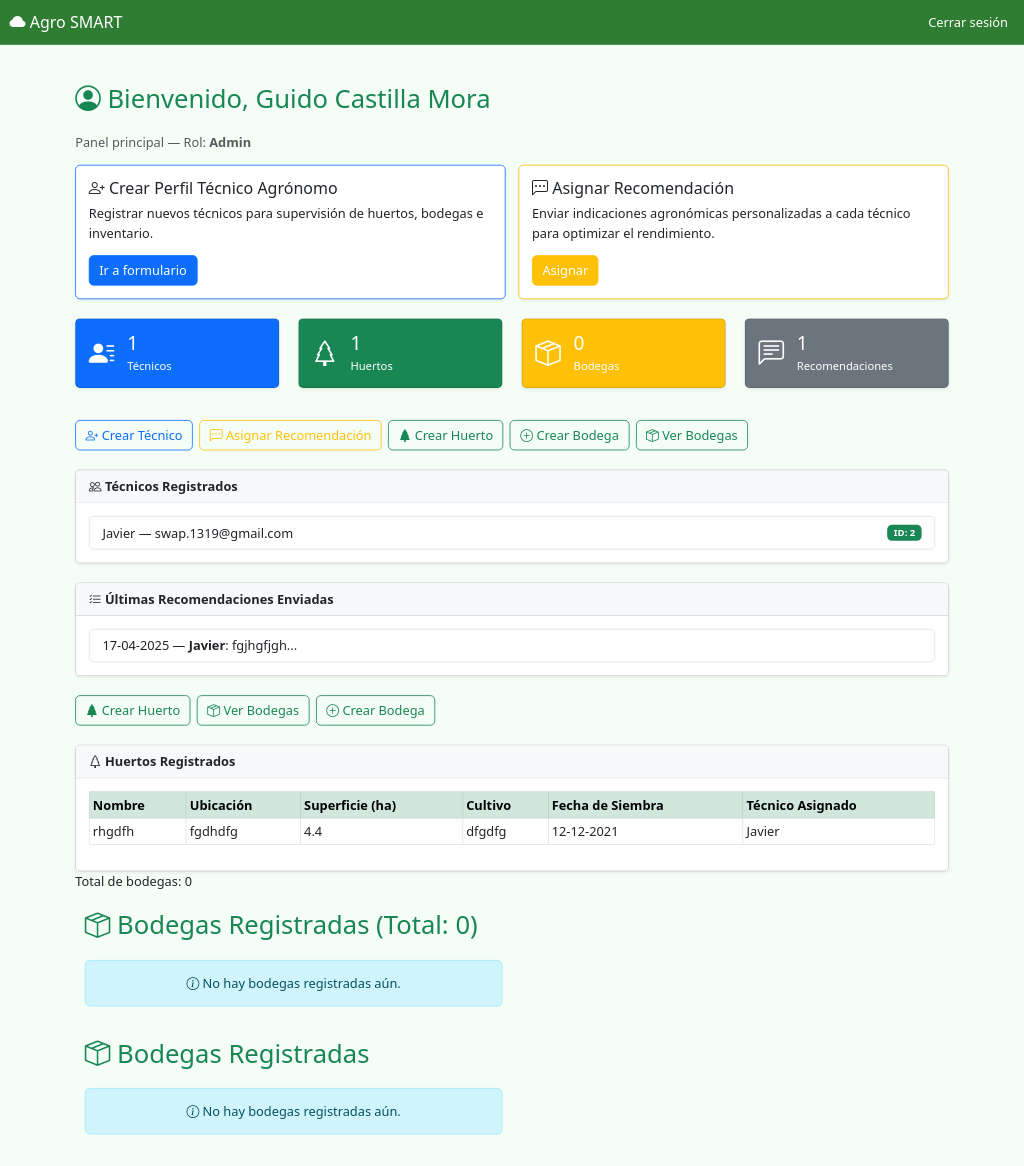
Repository: eikos4/Agrodeskv3
Page: http://localhost/dashboard
An editor plug-in stored every save of this project. The page is shown before and after the next save, followed by the edit.
The browser window is 1280 px wide. The pictures show the whole page, at 80% of full size.
The page is served by the project's application, run on Flask 3 (app/__init__.py). The user the application loads for id 1 is signed in. Other server files are loaded and not shown. The page reads the database file committed with the project.

Above is the page before, as saved 2025-04-14 11:37:32.

### app/templates/dashboard.html
{% extends "base.html" %}

{% block title %}Panel Principal{% endblock %}

{% block content %}
<div class="container py-4">

  <!-- Título del panel -->
  <h2 class="mb-4 text-success">
    <i class="bi bi-person-circle"></i> Bienvenido, {{ current_user.name }}
  </h2>
  <p class="text-muted">Panel principal — Rol: <strong>{{ current_user.role|capitalize }}</strong></p>

  {% if notificaciones %}
  <!-- Notificaciones -->
  <div class="alert alert-light border-start border-4 border-success shadow-sm mb-4">
    <h5><i class="bi bi-bell-fill text-success"></i> Notificaciones</h5>
    <ul class="mb-0 ps-3">
      {% for n in notificaciones %}
        <li><strong>{{ n.titulo }}</strong> — {{ n.mensaje }} <small class="text-muted">({{ n.fecha.strftime('%d-%m-%Y') }})</small></li>
      {% endfor %}
    </ul>
  </div>
  {% endif %}

  <!-- Panel para Administradores -->
  {% if current_user.role == 'admin' %}
    <div class="row g-3 mb-4">
      <div class="col-md-6">
        <div class="card border-primary shadow-sm h-100">
          <div class="card-body">
            <h5 class="card-title"><i class="bi bi-person-plus"></i> Crear Perfil Técnico Agrónomo</h5>
            <p class="card-text">Registrar nuevos técnicos para supervisión de huertos, bodegas e inventario.</p>
            <a href="{{ url_for('admin.crear_tecnico') }}" class="btn btn-primary">Ir a formulario</a>
          </div>
        </div>
      </div>
      <div class="col-md-6">
        <div class="card border-warning shadow-sm h-100">
          <div class="card-body">
            <h5 class="card-title"><i class="bi bi-chat-left-dots"></i> Asignar Recomendación</h5>
            <p class="card-text">Enviar indicaciones agronómicas personalizadas a cada técnico para optimizar el rendimiento.</p>
            <a href="{{ url_for('admin.recomendar') }}" class="btn btn-warning text-white">Asignar</a>
          </div>
        </div>
      </div>
    </div>

       <!-- Panel de Indicadores Administrativos -->
       <div class="row mb-4">
        <!-- Total de Técnicos -->
        <div class="col-md-3 mb-3">
          <div class="card text-white bg-primary shadow-sm">
            <div class="card-body">
              <div class="d-flex align-items-center">
                <i class="bi bi-person-lines-fill fs-2 me-3"></i>
                <div>
                  <h4 class="card-title mb-0">{{ tecnicos|length }}</h4>
                  <small>Técnicos</small>
                </div>
              </div>
            </div>
          </div>
        </div>
        <!-- Total de Huertos -->
        <div class="col-md-3 mb-3">
          <div class="card text-white bg-success shadow-sm">
            <div class="card-body">
              <div class="d-flex align-items-center">
                <i class="bi bi-tree fs-2 me-3"></i>
                <div>
                  <h4 class="card-title mb-0">{{ huertos|length }}</h4>
                  <small>Huertos</small>
                </div>
              </div>
            </div>
          </div>
        </div>
        <!-- Total de Bodegas -->
        <div class="col-md-3 mb-3">
          <div class="card text-white bg-warning shadow-sm">
            <div class="card-body">
              <div class="d-flex align-items-center">
                <i class="bi bi-box-seam fs-2 me-3"></i>
                <div>
                  <h4 class="card-title mb-0">{{ bodegas|length }}</h4>
                  <small>Bodegas</small>
                </div>
              </div>
            </div>
          </div>
        </div>
        <!-- Últimas Recomendaciones -->
        <div class="col-md-3 mb-3">
          <div class="card text-white bg-secondary shadow-sm">
            <div class="card-body">
              <div class="d-flex align-items-center">
                <i class="bi bi-chat-left-text fs-2 me-3"></i>
                <div>
                  <h4 class="card-title mb-0">{{ ultimas_recomendaciones|length }}</h4>
                  <small>Recomendaciones</small>
                </div>
              </div>
            </div>
          </div>
        </div>
      </div>

      <!-- Acciones Administrativas -->
      <div class="d-flex flex-wrap gap-2 mb-4">
        <a href="{{ url_for('admin.crear_tecnico') }}" class="btn btn-outline-primary">
          <i class="bi bi-person-plus"></i> Crear Técnico
        </a>
        <a href="{{ url_for('admin.recomendar') }}" class="btn btn-outline-warning">
          <i class="bi bi-chat-left-dots"></i> Asignar Recomendación
        </a>
        <a href="{{ url_for('admin.crear_huerto') }}" class="btn btn-outline-success">
          <i class="bi bi-tree-fill"></i> Crear Huerto
        </a>
        <a href="{{ url_for('admin.crear_bodega') }}" class="btn btn-outline-success">
          <i class="bi bi-plus-circle"></i> Crear Bodega
        </a>
        <a href="{{ url_for('admin.listar_bodegas') }}" class="btn btn-outline-success">
          <i class="bi bi-box-seam"></i> Ver Bodegas
        </a>
      </div>


    <!-- Técnicos Registrados -->
    <div class="card mb-4 shadow-sm">
      <div class="card-header bg-light">
        <strong><i class="bi bi-people"></i> Técnicos Registrados</strong>
      </div>
      <div class="card-body">
        <ul class="list-group">
          {% for tecnico in tecnicos %}
            <li class="list-group-item d-flex justify-content-between align-items-center">
              {{ tecnico.name }} — {{ tecnico.email }}
              <span class="badge bg-success">ID: {{ tecnico.id }}</span>
            </li>
          {% else %}
            <li class="list-group-item text-muted">No hay técnicos registrados aún.</li>
          {% endfor %}
        </ul>
      </div>
    </div>

    <!-- Últimas Recomendaciones -->
    <div class="card shadow-sm mb-4">
      <div class="card-header bg-light">
        <strong><i class="bi bi-list-check"></i> Últimas Recomendaciones Enviadas</strong>
      </div>
      <div class="card-body">
        <ul class="list-group">
          {% for r in ultimas_recomendaciones %}
            <li class="list-group-item">
              {{ r.fecha.strftime('%d-%m-%Y') }} — <strong>{{ r.tecnico.name }}</strong>: {{ r.contenido[:60] }}...
            </li>
          {% else %}
            <li class="list-group-item text-muted">Aún no se han enviado recomendaciones.</li>
          {% endfor %}
        </ul>
      </div>
    </div>

    <!-- Acciones Administrativas -->
    <div class="d-flex gap-2 mb-4">
      <a href="{{ url_for('admin.crear_huerto') }}" class="btn btn-outline-success">
        <i class="bi bi-tree-fill"></i> Crear Huerto
      </a>
      <a href="{{ url_for('admin.listar_bodegas') }}" class="btn btn-outline-success">
        <i class="bi bi-box-seam"></i> Ver Bodegas
      </a>
      <a href="{{ url_for('admin.crear_bodega') }}" class="btn btn-outline-success">
        <i class="bi bi-plus-circle"></i> Crear Bodega
      </a>
    </div>

    <!-- Huertos Registrados -->
    <div class="card mt-4 shadow-sm">
      <div class="card-header bg-light">
        <strong><i class="bi bi-tree"></i> Huertos Registrados</strong>
      </div>
      <div class="card-body">
        <div class="table-responsive">
          <table class="table table-bordered table-sm align-middle">
            <thead>
              <tr class="table-success">
                <th>Nombre</th>
                <th>Ubicación</th>
                <th>Superficie (ha)</th>
                <th>Cultivo</th>
                <th>Fecha de Siembra</th>
                <th>Técnico Asignado</th>
              </tr>
            </thead>
            <tbody>
              {% for h in huertos %}
              <tr>
                <td>{{ h.nombre }}</td>
                <td>{{ h.ubicacion }}</td>
                <td>{{ h.superficie_ha }}</td>
                <td>{{ h.tipo_cultivo }}</td>
                <td>{{ h.fecha_siembra.strftime('%d-%m-%Y') }}</td>
                <td>{{ h.responsable.name }}</td>
              </tr>
              {% else %}
              <tr><td colspan="6" class="text-muted">No hay huertos registrados.</td></tr>
              {% endfor %}
            </tbody>
          </table>
        </div>
      </div>
    </div>

    <p>Total de bodegas: {{ bodegas|length }}</p>

    <div class="container mt-4">
      <h2 class="text-success mb-4">
        <i class="bi bi-box-seam"></i> Bodegas Registradas (Total: {{ bodegas|length }})
      </h2>



      <div class="row row-cols-1 row-cols-md-2 g-4">
        {% for bodega in bodegas %}
          <div class="col">
            <div class="card border-success shadow-sm h-100">
              <div class="card-header bg-success text-white d-flex justify-content-between align-items-center">
                <strong><i class="bi bi-house-door-fill"></i> {{ bodega.nombre }}</strong>
                <small>
                  {% if bodega.huerto %}
                    {{ bodega.huerto.nombre }}
                  {% else %}
                    Sin huerto
                  {% endif %}
                </small>
              </div>
              <div class="card-body">
                <p>
                  <i class="bi bi-geo-alt-fill text-success"></i>
                  <strong>Ubicación:</strong> {{ bodega.ubicacion or "No especificada" }}
                </p>
                <p>
                  <i class="bi bi-person-circle text-success"></i>
                  <strong>Responsable:</strong>
                  {% if bodega.responsable %}
                    {{ bodega.responsable.name }}
                  {% else %}
                    Sin asignar
                  {% endif %}
                </p>
                <a href="{{ url_for('admin.ver_quimicos', bodega_id=bodega.id) }}" class="btn btn-outline-success btn-sm mt-2">
                  Ver químicos
                </a>
              </div>
            </div>
          </div>
        {% else %}
          <div class="col-12">
            <div class="alert alert-info text-center">
              <i class="bi bi-info-circle"></i> No hay bodegas registradas aún.
            </div>
          </div>
        {% endfor %}
      </div>
    </div>







  <!-- Panel para Técnicos -->
  {% elif current_user.role == 'tecnico' %}
    <div class="alert alert-success shadow-sm d-flex align-items-center mb-4">
      <i class="bi bi-megaphone fs-3 me-3"></i>
      <div>
        <h5 class="mb-1">Instrucciones Técnicas</h5>
        <p class="mb-0">Tu ingeniero agrónomo ha enviado las siguientes recomendaciones para tu gestión de campo.</p>
      </div>
    </div>

    <h4 class="text-success mb-3"><i class="bi bi-tree"></i> Mis Huertos</h4>
    <div class="row row-cols-1 row-cols-md-2 row-cols-lg-3 g-4">
      {% for h in huertos %}
      <div class="col">
        <div class="card border-success h-100 shadow-sm">
          <div class="card-header bg-success text-white">
            <h5 class="card-title mb-0"><i class="bi bi-tree-fill"></i> {{ h.nombre }}</h5>
          </div>
          <div class="card-body">
            <p><i class="bi bi-geo-alt-fill text-success"></i> <strong>Ubicación:</strong> {{ h.ubicacion }}</p>
            <p><i class="bi bi-flower2 text-success"></i> <strong>Cultivo:</strong> {{ h.tipo_cultivo }}</p>
            <p><i class="bi bi-rulers text-success"></i> <strong>Superficie:</strong> {{ h.superficie_ha }} ha</p>
            <p><i class="bi bi-calendar-check text-success"></i> <strong>Siembra:</strong> {{ h.fecha_siembra.strftime('%d-%m-%Y') }}</p>
          </div>
        </div>
      </div>
      {% else %}
      <div class="col-12">
        <div class="alert alert-info text-center">
          <i class="bi bi-info-circle"></i> No tienes huertos asignados aún.
        </div>
      </div>
      {% endfor %}
    </div>

    <!-- Recomendaciones Recientes -->
    <h4 class="text-success mb-3 mt-5"><i class="bi bi-clipboard-check"></i> Recomendaciones Recientes</h4>
    <div class="list-group shadow-sm">
      {% for r in recomendaciones %}
      <div class="list-group-item list-group-item-action border-start border-success border-4">
        <div class="d-flex w-100 justify-content-between">
          <h6 class="mb-1"><i class="bi bi-calendar-event text-success"></i> {{ r.fecha.strftime('%d-%m-%Y') }}</h6>
          {% if r.autor %}
          <small class="text-muted">Emitida por: {{ r.autor.name }}</small>
          {% endif %}
        </div>
        <p class="mb-1">📌 {{ r.contenido }}</p>
      </div>
      {% else %}
      <div class="list-group-item text-muted text-center">No tienes recomendaciones aún.</div>
      {% endfor %}
    </div>
  {% endif %}

  <!-- Bodegas Asignadas -->
  <div class="container mt-4">
    <h2 class="text-success mb-4"><i class="bi bi-box-seam"></i> Bodegas Registradas</h2>

    <div class="row row-cols-1 row-cols-md-2 g-4">
      {% for bodega in bodegas %}
      <div class="col">
        <div class="card border-success shadow-sm h-100">
          <div class="card-header bg-success text-white d-flex justify-content-between align-items-center">
            <strong><i class="bi bi-house-door-fill"></i> {{ bodega.nombre }}</strong>
            <small>{{ bodega.huerto.nombre }}</small>
          </div>
          <div class="card-body">
            <p><i class="bi bi-geo-alt-fill text-success"></i> <strong>Ubicación:</strong> {{ bodega.ubicacion or "No especificada" }}</p>
            <p><i class="bi bi-person-circle text-success"></i> <strong>Responsable:</strong> {{ bodega.responsable.name if bodega.responsable else 'Sin asignar' }}</p>
            <a href="{{ url_for('admin.ver_quimicos', bodega_id=bodega.id) }}" class="btn btn-outline-success btn-sm mt-2">
              {# <a href="{{ url_for('admin.ver_quimicos', bodega_id=bodega.id) }}">Ver químicos</a> #}

            </a>
          </div>
        </div>
      </div>
      {% else %}
      <div class="col-12">
        <div class="alert alert-info text-center">
          <i class="bi bi-info-circle"></i> No hay bodegas registradas aún.
        </div>
      </div>
      {% endfor %}
    </div>
  </div>
</div>
{% endblock %}

### app/templates/base.html
<!DOCTYPE html>
<html lang="es">
<head>
    <meta charset="UTF-8">
    <title>{% block title %}AgroSMART{% endblock %}</title>
    <meta name="viewport" content="width=device-width, initial-scale=1">

    <!-- Bootstrap 5 -->
    <link href="https://cdn.jsdelivr.net/npm/bootstrap@5.3.0/dist/css/bootstrap.min.css" rel="stylesheet">

    <!-- Iconos de Bootstrap -->
    <link href="https://cdn.jsdelivr.net/npm/bootstrap-icons@1.10.5/font/bootstrap-icons.css" rel="stylesheet">

    <style>
        body {
            background-color: #f4fdf6;
        }
        .navbar-agro {
            background-color: #2e7d32; /* Verde oscuro */
        }
        .navbar-agro .nav-link,
        .navbar-agro .navbar-brand {
            color: #ffffff !important;
        }
        .navbar-agro .nav-link:hover {
            color: #c8e6c9 !important;
        }
        .btn-agro {
            background-color: #43a047;
            color: white;
        }
        .btn-agro:hover {
            background-color: #388e3c;
        }
    </style>
</head>
<body>

<nav class="navbar navbar-expand-lg navbar-agro">
  <div class="container-fluid">
    <a class="navbar-brand" href="{{ url_for('main.index') }}">
        <i class="bi bi-cloud-fill"></i> Agro SMART
    </a>
    <button class="navbar-toggler" type="button" data-bs-toggle="collapse" data-bs-target="#navbarNav">
      <span class="navbar-toggler-icon"></span>
    </button>
    <div class="collapse navbar-collapse justify-content-end" id="navbarNav">
      <ul class="navbar-nav">
        {% if current_user.is_authenticated %}
          <li class="nav-item">
            <a class="nav-link" href="{{ url_for('auth.logout') }}">Cerrar sesión</a>
          </li>
        {% endif %}
      </ul>
    </div>
  </div>
</nav>

<div class="container mt-4">
  {% with messages = get_flashed_messages(with_categories=true) %}
    {% if messages %}
      {% for category, message in messages %}
        <div class="alert alert-{{ category }} alert-dismissible fade show" role="alert">
          {{ message }}
          <button type="button" class="btn-close" data-bs-dismiss="alert" aria-label="Close"></button>
        </div>
      {% endfor %}
    {% endif %}
  {% endwith %}

  {% block content %}{% endblock %}
</div>

<!-- Bootstrap JS (opcional para alertas, menú móvil, etc.) -->
<script src="https://cdn.jsdelivr.net/npm/bootstrap@5.3.0/dist/js/bootstrap.bundle.min.js"></script>
</body>
</html>

### app/__init__.py
from flask import Flask, render_template
from flask_sqlalchemy import SQLAlchemy
from flask_login import LoginManager
from flask_migrate import Migrate
import os

db = SQLAlchemy()
login_manager = LoginManager()
migrate = Migrate()

def create_app():
    app = Flask(__name__)

    # Cargar la configuración del objeto Config definido en config.py.
    # Se recomienda usar variables de entorno para datos sensibles.
    app.config.from_object('config.Config')

    # Inicializar extensiones
    db.init_app(app)
    login_manager.init_app(app)
    migrate.init_app(app, db)

    # Configurar el login manager
    login_manager.login_view = "auth.login"        # Ruta o endpoint de la página de login
    login_manager.login_message_category = "info"   # Categoría para mensajes flash

    # Importar los modelos después de inicializar las extensiones para evitar ciclos
    from app.models import User

    @login_manager.user_loader
    def load_user(user_id):
        return User.query.get(int(user_id))

    # Registro de Blueprints
    from .routes.auth import auth_bp
    from .routes.admin import admin_bp
    from .routes.tecnico import tecnico_bp  # type: ignore
    from .routes.main import main_bp

    app.register_blueprint(auth_bp)
    app.register_blueprint(admin_bp)
    app.register_blueprint(tecnico_bp)
    app.register_blueprint(main_bp)

    # Registro de manejadores de errores personalizados
    @app.errorhandler(404)
    def not_found_error(error):
        return render_template("404.html"), 404

    @app.errorhandler(500)
    def internal_error(error):
        # Rollback de la sesión si ocurre un error interno para evitar bloqueos de transacciones
        db.session.rollback()
        return render_template("500.html"), 500

    return app

### app/routes/main.py
from flask import Blueprint, render_template

from app.models import User, Recomendacion, Huerto
from app.models import Bodega

from flask_login import login_required, current_user

main_bp = Blueprint('main', __name__)

@main_bp.route('/')
def index():
    return render_template('index.html')




@main_bp.route('/dashboard')
@login_required
def dashboard():
    if current_user.role == "admin":
        tecnicos = User.query.filter_by(role="tecnico").all()
        ultimas_recomendaciones = Recomendacion.query.order_by(Recomendacion.fecha.desc()).limit(5).all()
        huertos = Huerto.query.order_by(Huerto.fecha_siembra.desc()).all()
        return render_template(
            "dashboard.html",
            tecnicos=tecnicos,
            ultimas_recomendaciones=ultimas_recomendaciones,
            huertos=huertos
        )
    else:
        recomendaciones = Recomendacion.query.filter_by(tecnico_id=current_user.id).order_by(Recomendacion.fecha.desc()).limit(5).all()
        huertos = Huerto.query.filter_by(responsable_id=current_user.id).order_by(Huerto.fecha_siembra.desc()).all()
        bodegas = Bodega.query.filter_by(responsable_id=current_user.id).all()
        return render_template(
            "dashboard.html",
            recomendaciones=recomendaciones,
            huertos=huertos,
            bodegas=bodegas  # ✅ ahora se pasan las bodegas al template
        )

### instance/agrocloud.db (the tables this page reads, as SQL)
CREATE TABLE huertos (
	id INTEGER NOT NULL, 
	nombre VARCHAR(100) NOT NULL, 
	ubicacion VARCHAR(200), 
	superficie_ha FLOAT, 
	tipo_cultivo VARCHAR(100), 
	fecha_siembra DATE, 
	responsable_id INTEGER, 
	created_at DATETIME, 
	updated_at DATETIME, 
	PRIMARY KEY (id), 
	FOREIGN KEY(responsable_id) REFERENCES users (id)
);
INSERT INTO "huertos" VALUES
(1, 'rhgdfh', 'fgdhdfg', 4.4, 'dfgdfg', '2021-12-12', 2, '2025-04-17 23:33:06.089359', '2025-04-17 23:33:06.089369');

CREATE TABLE recomendacion (
	id INTEGER NOT NULL, 
	contenido TEXT NOT NULL, 
	fecha DATETIME, 
	categoria VARCHAR(100), 
	estado VARCHAR(20), 
	adjunto VARCHAR(200), 
	tecnico_id INTEGER, 
	autor_id INTEGER, 
	PRIMARY KEY (id), 
	FOREIGN KEY(autor_id) REFERENCES users (id), 
	FOREIGN KEY(tecnico_id) REFERENCES users (id)
);
INSERT INTO "recomendacion" VALUES
(1, 'fgjhgfjgh', '2025-04-17 23:45:08.317837', NULL, 'pendiente', NULL, 2, NULL);

CREATE TABLE users (
	id INTEGER NOT NULL, 
	name VARCHAR(100) NOT NULL, 
	email VARCHAR(150) NOT NULL, 
	password VARCHAR(200) NOT NULL, 
	role VARCHAR(20) NOT NULL, 
	created_by INTEGER, 
	created_at DATETIME, 
	updated_at DATETIME, 
	PRIMARY KEY (id), 
	FOREIGN KEY(created_by) REFERENCES users (id)
);
INSERT INTO "users" VALUES
(1, 'Guido Castilla Mora', 'guido@agrocloud.cl', 'scrypt:32768:8:1$UcWMlIv4oViOaPQj$4d5777988d157cd96fb4feac4110ea1bd0b5c715f32791a37922e6941c228e9e4a723003b095e46d76f2f310074ab29ee94bd776404a8144e13cb43c19d4e559', 'admin', NULL, '2025-04-17 23:16:18.435664', '2025-04-17 23:16:18.435670'),
(2, 'Javier', 'swap.1319@gmail.com', 'scrypt:32768:8:1$6y2Fs4lw9H8hl7u6$885c992452306bc98f13c96bcb742ceadf1163ed18b430c5432c8e8348a8c488ac66ad511bedece8ab926819446097d01a13d8a0e0b2642220f0106ab8d197e6', 'tecnico', 1, '2025-04-17 23:17:48.669882', '2025-04-17 23:18:13.070963');

After the next save:
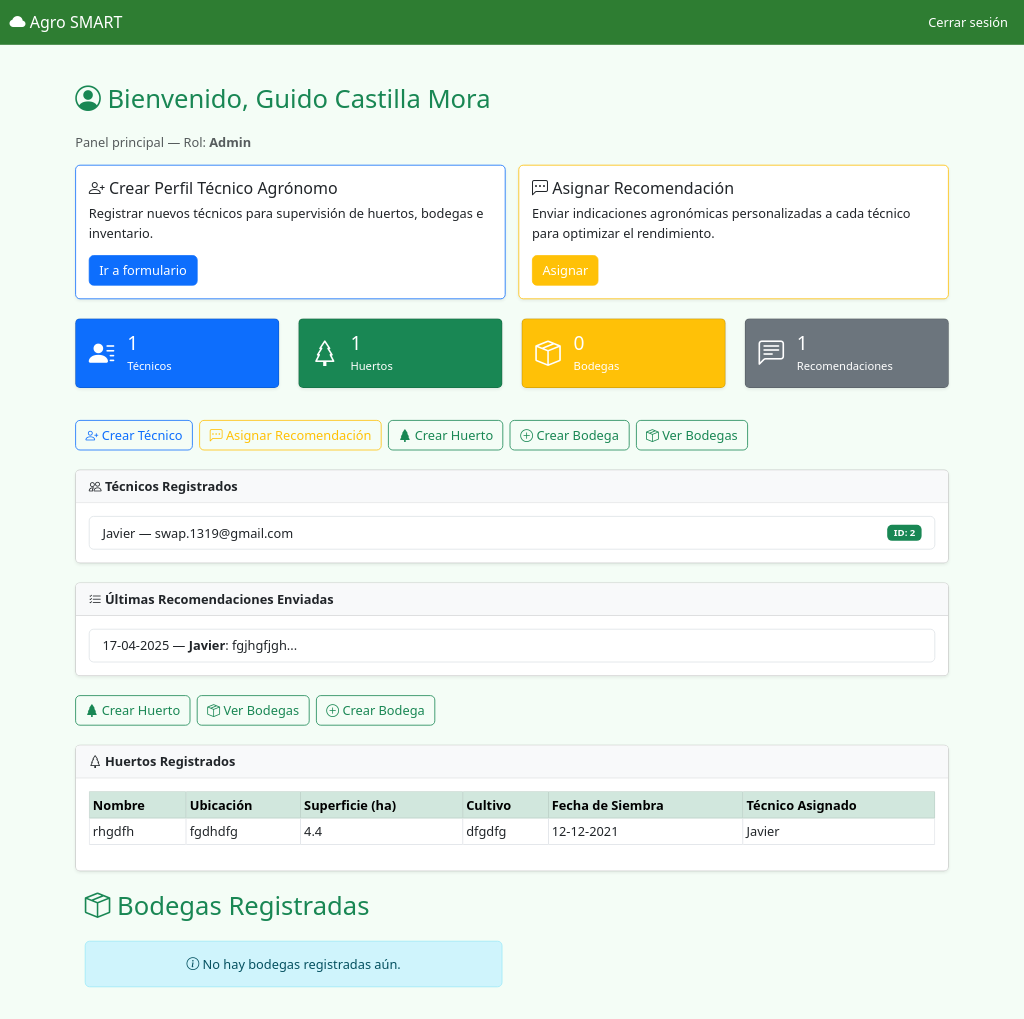
Saved 3 min 50 s later.
--- a/app/templates/dashboard.html
+++ b/app/templates/dashboard.html
@@ -213,58 +213,6 @@
       </div>
     </div>
 
-    <p>Total de bodegas: {{ bodegas|length }}</p>
-
-    <div class="container mt-4">
-      <h2 class="text-success mb-4">
-        <i class="bi bi-box-seam"></i> Bodegas Registradas (Total: {{ bodegas|length }})
-      </h2>
-
-
-
-      <div class="row row-cols-1 row-cols-md-2 g-4">
-        {% for bodega in bodegas %}
-          <div class="col">
-            <div class="card border-success shadow-sm h-100">
-              <div class="card-header bg-success text-white d-flex justify-content-between align-items-center">
-                <strong><i class="bi bi-house-door-fill"></i> {{ bodega.nombre }}</strong>
-                <small>
-                  {% if bodega.huerto %}
-                    {{ bodega.huerto.nombre }}
-                  {% else %}
-                    Sin huerto
-                  {% endif %}
-                </small>
-              </div>
-              <div class="card-body">
-                <p>
-                  <i class="bi bi-geo-alt-fill text-success"></i>
-                  <strong>Ubicación:</strong> {{ bodega.ubicacion or "No especificada" }}
-                </p>
-                <p>
-                  <i class="bi bi-person-circle text-success"></i>
-                  <strong>Responsable:</strong>
-                  {% if bodega.responsable %}
-                    {{ bodega.responsable.name }}
-                  {% else %}
-                    Sin asignar
-                  {% endif %}
-                </p>
-                <a href="{{ url_for('admin.ver_quimicos', bodega_id=bodega.id) }}" class="btn btn-outline-success btn-sm mt-2">
-                  Ver químicos
-                </a>
-              </div>
-            </div>
-          </div>
-        {% else %}
-          <div class="col-12">
-            <div class="alert alert-info text-center">
-              <i class="bi bi-info-circle"></i> No hay bodegas registradas aún.
-            </div>
-          </div>
-        {% endfor %}
-      </div>
-    </div>
 
 
 
